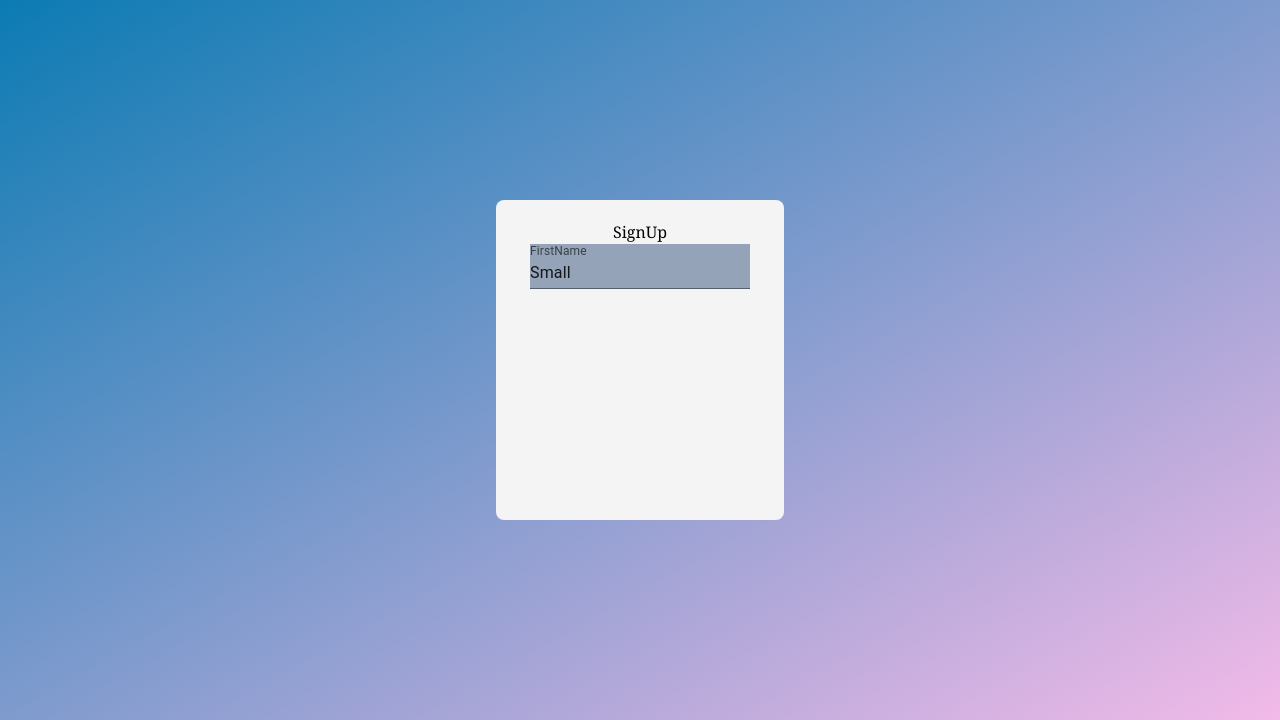
Repository: dhanapal2205/sazsfinance
Page: /SignUp
An editor plug-in stored every save of this project. The page is shown before and after the next save, followed by the edit.
The browser window is 1280 px wide. The pictures show the whole page.
The project was rebuilt for these pictures with package versions that can differ from the ones it lists, and the page was loaded fresh each time. The framework's server and built-in components were replaced by stand-ins that run in the browser. Also part of the build but not shown: next.config.js.

Above is the page before, as saved 2023-04-07 10:59:48.

### pages/SignUp.js
import { TextField } from '@mui/material'
import React from 'react'

const SignUp = () => {
  return (
    <div className=' bg-gradient-to-tl from-[#F2BAE8]  to-[#0C7BB3]  h-screen flex'>

     <div className=' w-72 h-80 bg-zinc-100  rounded-lg m-auto justify-center'>
      <div className='place-items-center flex flex-col mt-5 ' >
        <p className='font-sans md:font-serif ' > SignUp</p>
<TextField className='bg-slate-400 hover:bg-white place-content-center ' label="FirstName"
          id="standard-size-small"
          defaultValue="Small"
          size="small"
          variant="standard"  />


      </div>

     </div>

      </div>



  )
}

export default SignUp

Loaded but not shown: pages/_app.js (common file); pages/_document.js (common file); styles/globals.css (common file); tailwind.config.js (common file)

After the next save:
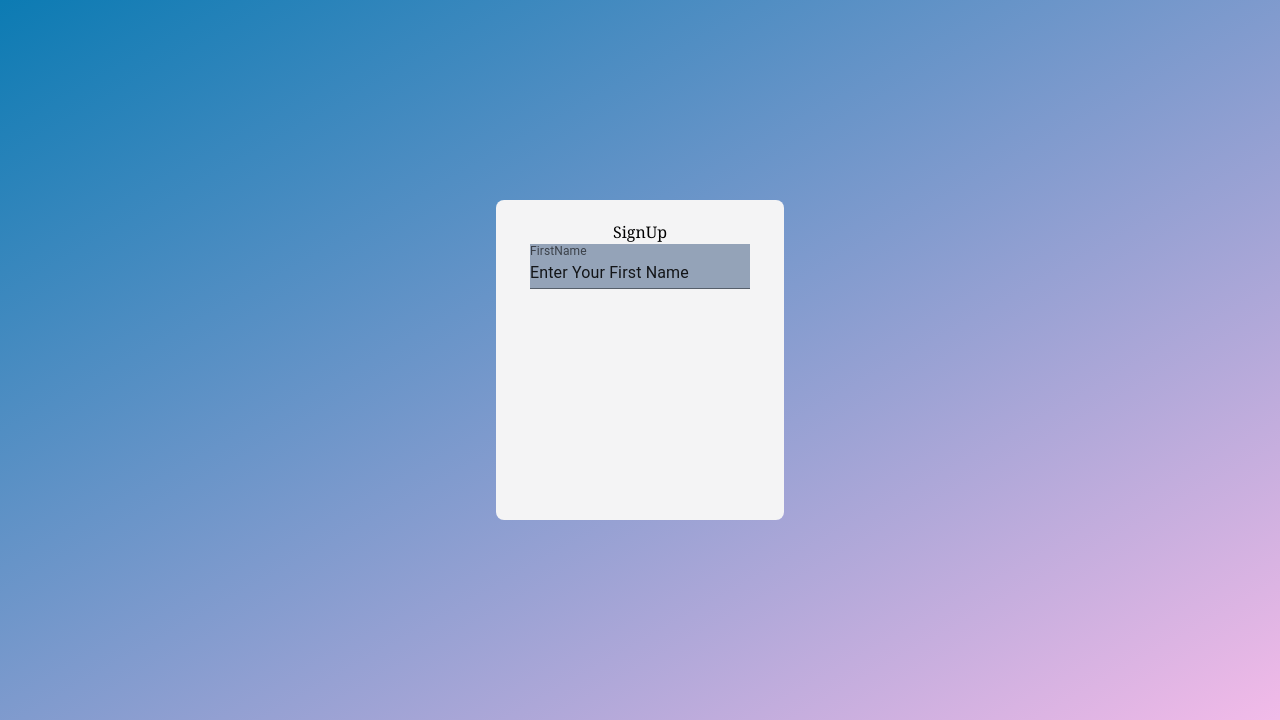
Saved 25 s later.
--- a/pages/SignUp.js
+++ b/pages/SignUp.js
@@ -10,7 +10,7 @@ const SignUp = () => {
         <p className='font-sans md:font-serif ' > SignUp</p>
 <TextField className='bg-slate-400 hover:bg-white place-content-center ' label="FirstName"
           id="standard-size-small"
-          defaultValue="Small"
+          defaultValue="Enter Your First Name"
           size="small"
           variant="standard"  />
 
